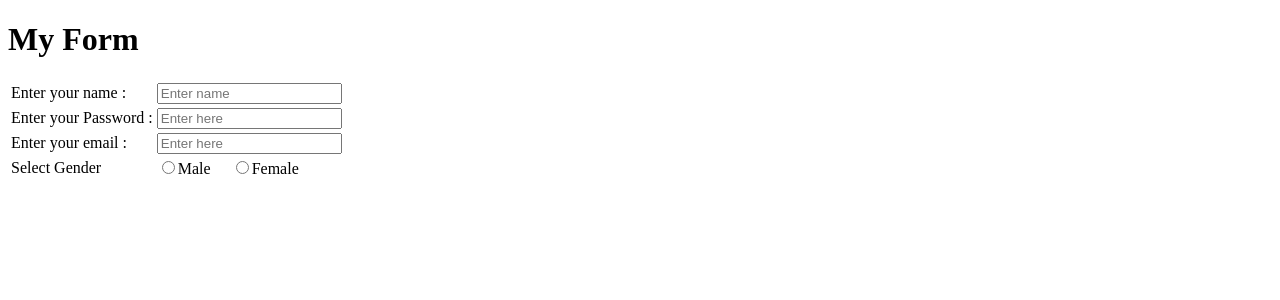
Repository: ShaileshMishr/Javanew
Page: Youtube/src/main/webapp/index.html
An editor plug-in stored every save of this project. The page is shown before and after the next save, followed by the edit.
The browser window is 1280 px wide. The pictures show the whole page.

Above is the page before, as saved 2023-10-10 18:45:10.

After the next save:
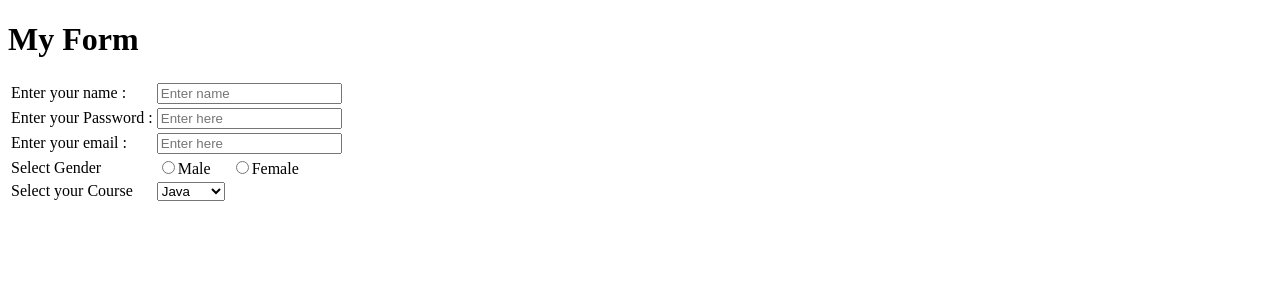
Saved 3 min 46 s later.
--- a/Youtube/src/main/webapp/index.html
+++ b/Youtube/src/main/webapp/index.html
@@ -29,6 +29,21 @@
 
 				</td>
 			</tr>
+
+			<tr>
+				<td>
+					Select your Course
+				</td>
+				<td>
+					<select name="user_course">
+						<option value="Java">Java</option>
+						<option value="Python">Python</option>
+						<option value="PHP">PHP</option>
+						<option value="Android">Android</option>
+
+					</select>
+				</td>
+			</tr>
 		</table>
 	</form>
 
